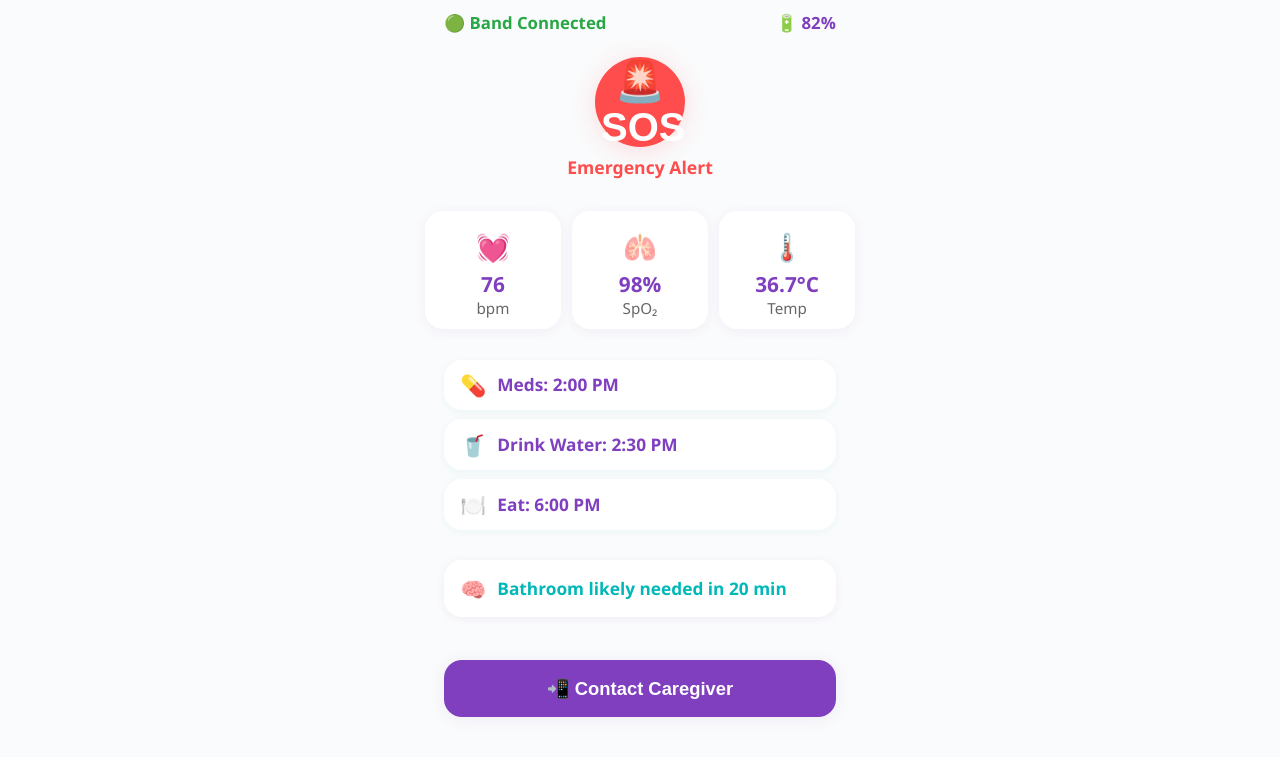
Repository: codingsenpy/careband
Page: /
These files come from the project's save history. The page is drawn as it stood at one moment and after the next save; the edit follows.
The browser window is 1280 px wide. The pictures show the whole page.
The project was rebuilt for these pictures with package versions that can differ from the ones it lists, and the page was loaded fresh each time.

Above is the page before, as saved 2025-07-25 21:36:19.

### public/index.html
<!DOCTYPE html>
<html lang="en">
  <head>
    <meta charset="utf-8" />
    <link rel="icon" type="image/png" href="%PUBLIC_URL%/favicon.png" />
    <meta name="viewport" content="width=device-width, initial-scale=1" />
    <meta name="theme-color" content="#7F3FBF" />
    <meta name="description" content="CareBand - A comprehensive health monitoring application for caregivers and patients" />
    <meta name="apple-mobile-web-app-capable" content="yes" />
    <meta name="apple-mobile-web-app-status-bar-style" content="default" />
    <meta name="apple-mobile-web-app-title" content="CareBand" />
    <meta name="mobile-web-app-capable" content="yes" />
    <link rel="apple-touch-icon" href="%PUBLIC_URL%/logo192.png" />
    <!--
      manifest.json provides metadata used when your web app is installed on a
      user's mobile device or desktop. See https://developers.google.com/web/fundamentals/web-app-manifest/
    -->
    <link rel="manifest" href="%PUBLIC_URL%/manifest.json" />
    <!--
      Notice the use of %PUBLIC_URL% in the tags above.
      It will be replaced with the URL of the `public` folder during the build.
      Only files inside the `public` folder can be referenced from the HTML.

      Unlike "/favicon.ico" or "favicon.ico", "%PUBLIC_URL%/favicon.ico" will
      work correctly both with client-side routing and a non-root public URL.
      Learn how to configure a non-root public URL by running `npm run build`.
    -->
    <title>CareBand</title>
  </head>
  <body>
    <noscript>You need to enable JavaScript to run this app.</noscript>
    <div id="root"></div>
    <!--
      This HTML file is a template.
      If you open it directly in the browser, you will see an empty page.

      You can add webfonts, meta tags, or analytics to this file.
      The build step will place the bundled scripts into the <body> tag.

      To begin the development, run `npm start` or `yarn start`.
      To create a production bundle, use `npm run build` or `yarn build`.
    -->
  </body>
</html>

### src/index.css
body {
  margin: 0;
  font-family: 'Segoe UI', 'Roboto', 'Oxygen', 'Ubuntu', 'Cantarell', 'Fira Sans', 'Droid Sans', 'Helvetica Neue', sans-serif;
  background: #fafbfc;
  color: #222;
  -webkit-font-smoothing: antialiased;
  -moz-osx-font-smoothing: grayscale;
}

:root {
  --primary-purple: #7F3FBF;
  --accent-teal: #00B8B8;
  --accent-red: #FF4C4C;
  --accent-yellow: #FFD700;
  --accent-green: #28A745;
  --background: #fafbfc;
  --text-main: #222;
  --text-muted: #666;
  --border-radius: 18px;
  --transition: 0.3s cubic-bezier(.4,0,.2,1);
}

h1, h2, h3, h4, h5, h6 {
  font-weight: 700;
  color: var(--primary-purple);
  margin-bottom: 0.5em;
}

p {
  color: var(--text-main);
  line-height: 1.6;
}

* {
  box-sizing: border-box;
}

### src/App.js
import React, { useEffect, useState } from 'react';
import './App.css';

// Debug component to help troubleshoot PWA issues
function PWADebugInfo() {
  const [debugInfo, setDebugInfo] = useState({});
  const [showDebug, setShowDebug] = useState(false);

  useEffect(() => {
    const info = {
      isSecureContext: window.isSecureContext,
      hasServiceWorker: 'serviceWorker' in navigator,
      isStandalone: window.matchMedia('(display-mode: standalone)').matches,
      navigatorStandalone: window.navigator.standalone,
      protocol: window.location.protocol,
      hostname: window.location.hostname,
      userAgent: navigator.userAgent,
      manifestLink: document.querySelector('link[rel="manifest"]')?.href
    };
    setDebugInfo(info);
  }, []);

  if (!showDebug) {
    return (
      <button
        onClick={() => setShowDebug(true)}
        style={{
          position: 'fixed',
          top: '10px',
          right: '10px',
          background: '#7F3FBF',
          color: 'white',
          border: 'none',
          padding: '5px 10px',
          borderRadius: '5px',
          fontSize: '12px',
          zIndex: 1001
        }}
      >
        Debug PWA
      </button>
    );
  }

  return (
    <div style={{
      position: 'fixed',
      top: '10px',
      right: '10px',
      background: 'white',
      border: '1px solid #ccc',
      padding: '10px',
      borderRadius: '5px',
      fontSize: '12px',
      maxWidth: '300px',
      zIndex: 1001,
      boxShadow: '0 2px 10px rgba(0,0,0,0.1)'
    }}>
      <button
        onClick={() => setShowDebug(false)}
        style={{ float: 'right', background: 'none', border: 'none', cursor: 'pointer' }}
      >
        ✕
      </button>
      <h4>PWA Debug Info</h4>
      <div>
        <strong>Secure Context:</strong> {debugInfo.isSecureContext ? '✅' : '❌'}<br/>
        <strong>Service Worker:</strong> {debugInfo.hasServiceWorker ? '✅' : '❌'}<br/>
        <strong>Standalone:</strong> {debugInfo.isStandalone ? '✅' : '❌'}<br/>
        <strong>Protocol:</strong> {debugInfo.protocol}<br/>
        <strong>Hostname:</strong> {debugInfo.hostname}<br/>
        <strong>Manifest:</strong> {debugInfo.manifestLink ? '✅' : '❌'}<br/>
        <strong>User Agent:</strong> {debugInfo.userAgent?.substring(0, 50)}...
      </div>
    </div>
  );
}

function PWAInstallPrompt() {
  const [deferredPrompt, setDeferredPrompt] = useState(null);
  const [showInstallPrompt, setShowInstallPrompt] = useState(false);
  const [showManualInstructions, setShowManualInstructions] = useState(false);
  const [isStandalone, setIsStandalone] = useState(false);

  useEffect(() => {
    // Check if app is already installed (running in standalone mode)
    const checkStandalone = () => {
      const isStandaloneMode = window.matchMedia('(display-mode: standalone)').matches ||
                              window.navigator.standalone ||
                              document.referrer.includes('android-app://');
      setIsStandalone(isStandaloneMode);
    };

    checkStandalone();

    const handleBeforeInstallPrompt = (e) => {
      console.log('beforeinstallprompt event fired');
      // Prevent the mini-infobar from appearing on mobile
      e.preventDefault();
      // Stash the event so it can be triggered later
      setDeferredPrompt(e);
      // Show the install prompt after a short delay to ensure user engagement
      setTimeout(() => {
        setShowInstallPrompt(true);
      }, 3000);
    };

    const handleAppInstalled = () => {
      console.log('PWA was installed');
      setShowInstallPrompt(false);
      setShowManualInstructions(false);
      setDeferredPrompt(null);
      setIsStandalone(true);
    };

    // Show manual instructions if no beforeinstallprompt after 5 seconds
    const manualTimer = setTimeout(() => {
      if (!deferredPrompt && !isStandalone) {
        console.log('No beforeinstallprompt event, showing manual instructions');
        setShowManualInstructions(true);
      }
    }, 5000);

    window.addEventListener('beforeinstallprompt', handleBeforeInstallPrompt);
    window.addEventListener('appinstalled', handleAppInstalled);

    return () => {
      window.removeEventListener('beforeinstallprompt', handleBeforeInstallPrompt);
      window.removeEventListener('appinstalled', handleAppInstalled);
      clearTimeout(manualTimer);
    };
  }, [deferredPrompt, isStandalone]);

  const handleInstallClick = async () => {
    if (!deferredPrompt) return;

    try {
      // Show the install prompt
      deferredPrompt.prompt();

      // Wait for the user to respond to the prompt
      const { outcome } = await deferredPrompt.userChoice;

      if (outcome === 'accepted') {
        console.log('User accepted the install prompt');
      } else {
        console.log('User dismissed the install prompt');
      }

      // Clear the deferredPrompt
      setDeferredPrompt(null);
      setShowInstallPrompt(false);
    } catch (error) {
      console.error('Error showing install prompt:', error);
    }
  };

  const handleDismiss = () => {
    setShowInstallPrompt(false);
    setShowManualInstructions(false);
  };

  // Don't show anything if app is already installed
  if (isStandalone) return null;

  // Show automatic install prompt if available
  if (showInstallPrompt && deferredPrompt) {
    return (
      <div className="pwa-install-prompt">
        <div className="install-prompt-content">
          <div className="install-prompt-icon">📱</div>
          <div className="install-prompt-text">
            <h3>Install CareBand</h3>
            <p>Add CareBand to your home screen for quick access and offline use.</p>
          </div>
          <div className="install-prompt-actions">
            <button onClick={handleInstallClick} className="install-btn">
              Install
            </button>
            <button onClick={handleDismiss} className="dismiss-btn">
              Not now
            </button>
          </div>
        </div>
      </div>
    );
  }

  // Show manual instructions for browsers that don't support beforeinstallprompt
  if (showManualInstructions) {
    const isIOS = /iPad|iPhone|iPod/.test(navigator.userAgent);
    const isAndroid = /Android/.test(navigator.userAgent);

    return (
      <div className="pwa-install-prompt">
        <div className="install-prompt-content">
          <div className="install-prompt-icon">📱</div>
          <div className="install-prompt-text">
            <h3>Install CareBand</h3>
            {isIOS && (
              <p>Tap the share button <span style={{fontSize: '1.2em'}}>⬆️</span> and select "Add to Home Screen"</p>
            )}
            {isAndroid && (
              <p>Tap the menu button <span style={{fontSize: '1.2em'}}>⋮</span> and select "Add to Home screen" or "Install app"</p>
            )}
            {!isIOS && !isAndroid && (
              <p>Look for the install button in your browser's address bar or menu to add this app to your device.</p>
            )}
          </div>
          <div className="install-prompt-actions">
            <button onClick={handleDismiss} className="dismiss-btn">
              Got it
            </button>
          </div>
        </div>
      </div>
    );
  }

  return null;
}

function StartupAnimation() {
  return (
    <div className="startup-animation">
      <div className="pulse-logo">
        <img src="/favicon.png" alt="CareBand Logo" className="pulse-favicon" />
        <span className="pulse-text">CareBand</span>
      </div>
    </div>
  );
}

export default function App() {
  const [showAnim, setShowAnim] = useState(true);
  useEffect(() => {
    const timer = setTimeout(() => setShowAnim(false), 2000);
    return () => clearTimeout(timer);
  }, []);
  if (showAnim) return <StartupAnimation />;
  return (
    <div className="dashboard">
      <PWAInstallPrompt />
      {/* Top status bar */}
      <div className="status-bar">
        <span className="band-status connected">🟢 Band Connected</span>
        <span className="battery-status">🔋 82%</span>
      </div>
      {/* Emergency SOS */}
      <div className="sos-section">
        <button className="sos-btn">🚨 SOS</button>
        <div className="sos-label">Emergency Alert</div>
      </div>
      {/* Vitals */}
      <div className="vitals-row">
        <div className="vital-card">
          <span className="vital-icon" role="img" aria-label="Heart">💓</span>
          <div className="vital-value">76</div>
          <div className="vital-label">bpm</div>
        </div>
        <div className="vital-card">
          <span className="vital-icon" role="img" aria-label="Oxygen">🫁</span>
          <div className="vital-value">98%</div>
          <div className="vital-label">SpO₂</div>
        </div>
        <div className="vital-card">
          <span className="vital-icon" role="img" aria-label="Temp">🌡️</span>
          <div className="vital-value">36.7°C</div>
          <div className="vital-label">Temp</div>
        </div>
      </div>
      {/* Reminders */}
      <div className="reminders">
        <div className="reminder-card">
          <span className="reminder-icon">💊</span>
          <span className="reminder-text">Meds: 2:00 PM</span>
        </div>
        <div className="reminder-card">
          <span className="reminder-icon">🥤</span>
          <span className="reminder-text">Drink Water: 2:30 PM</span>
        </div>
        <div className="reminder-card">
          <span className="reminder-icon">🍽️</span>
          <span className="reminder-text">Eat: 6:00 PM</span>
        </div>
      </div>
      {/* AI Bathroom Prediction */}
      <div className="ai-bathroom">
        <span className="ai-icon">🧠</span>
        <span className="ai-text">Bathroom likely needed in 20 min</span>
      </div>
      {/* Caregiver Panic Button */}
      <button className="panic-btn">📲 Contact Caregiver</button>
    </div>
  );
}

Loaded but not shown: src/index.js (common file); src/reportWebVitals.js (common file); src/serviceWorkerRegistration.js (137 lines, source omitted); src/App.css (309 lines, source omitted)

After the next save:
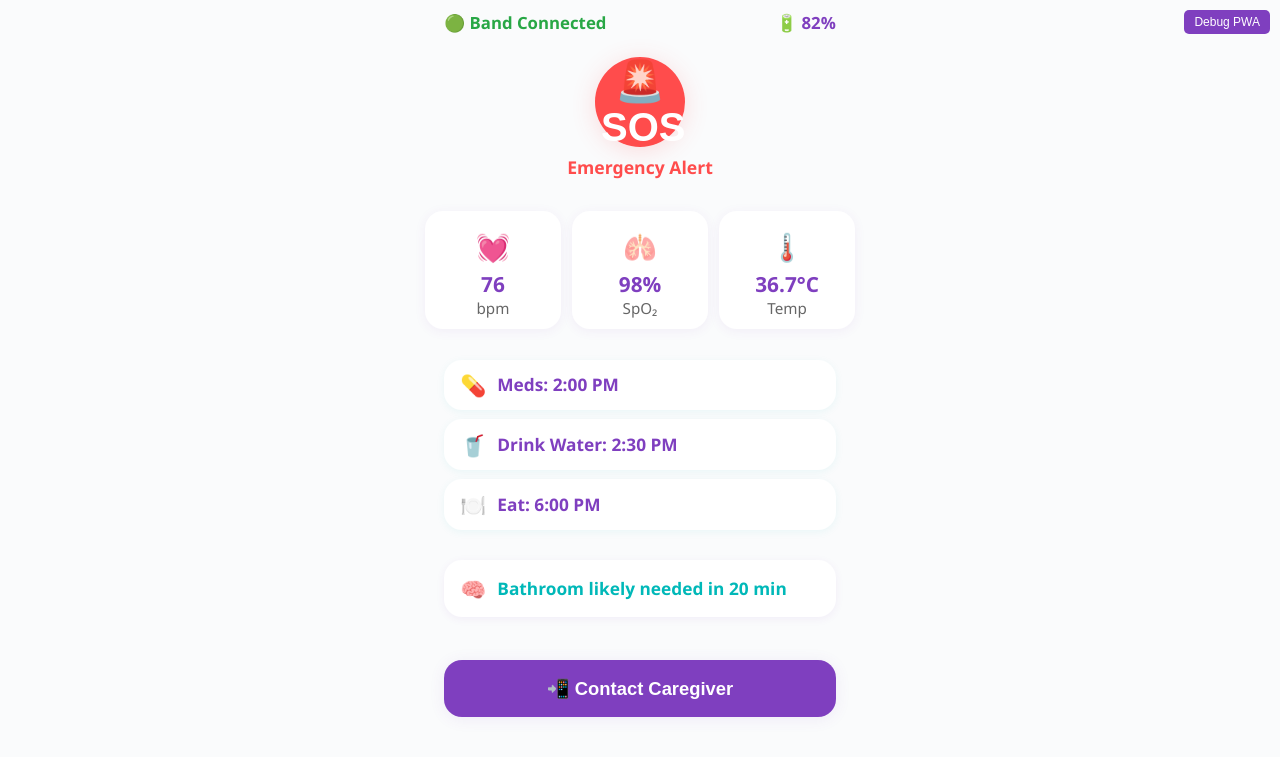
Saved 4 s later.
--- a/src/App.js
+++ b/src/App.js
@@ -240,6 +240,7 @@
   if (showAnim) return <StartupAnimation />;
   return (
     <div className="dashboard">
+      <PWADebugInfo />
       <PWAInstallPrompt />
       {/* Top status bar */}
       <div className="status-bar">

After the 2 saves that followed:
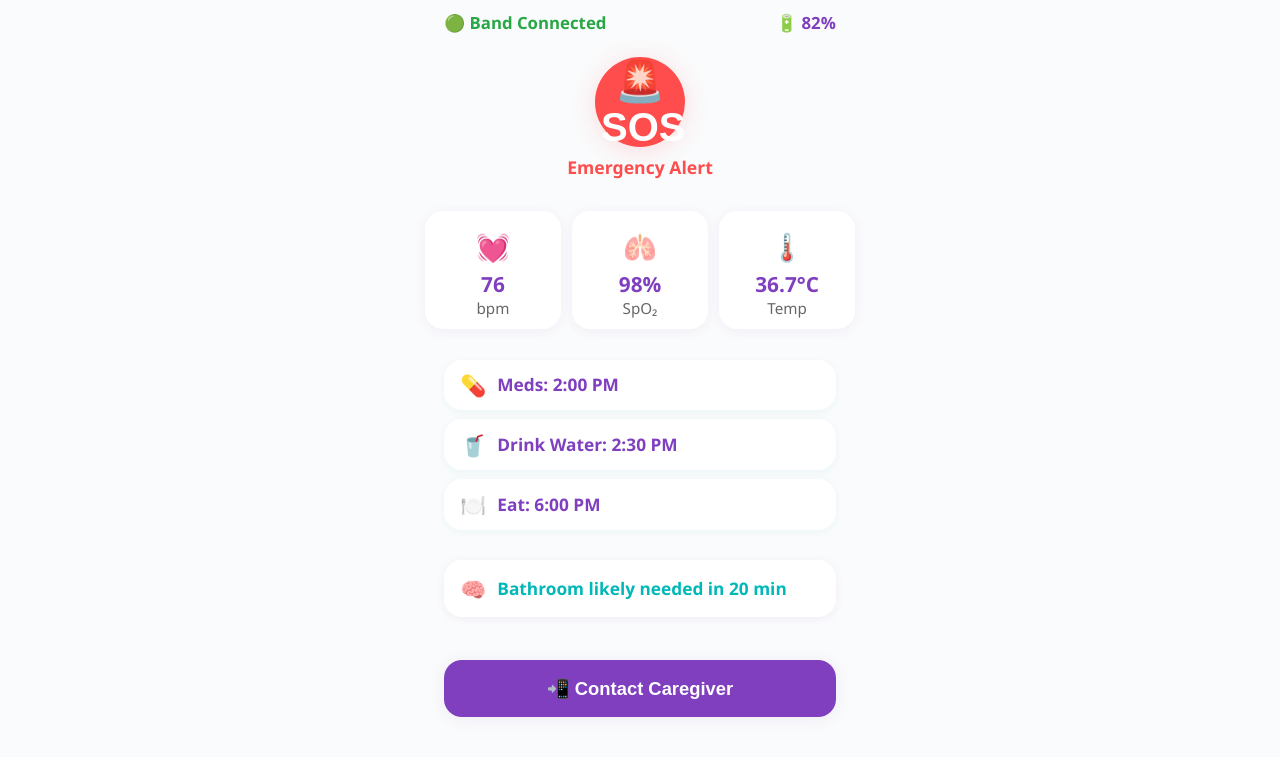
The 2 saves are shown as one change because 1 did not build or start.
The last was saved 5 min 5 s later.
--- a/src/App.js
+++ b/src/App.js
@@ -1,80 +1,7 @@
 import React, { useEffect, useState } from 'react';
 import './App.css';
 
-// Debug component to help troubleshoot PWA issues
-function PWADebugInfo() {
-  const [debugInfo, setDebugInfo] = useState({});
-  const [showDebug, setShowDebug] = useState(false);
-
-  useEffect(() => {
-    const info = {
-      isSecureContext: window.isSecureContext,
-      hasServiceWorker: 'serviceWorker' in navigator,
-      isStandalone: window.matchMedia('(display-mode: standalone)').matches,
-      navigatorStandalone: window.navigator.standalone,
-      protocol: window.location.protocol,
-      hostname: window.location.hostname,
-      userAgent: navigator.userAgent,
-      manifestLink: document.querySelector('link[rel="manifest"]')?.href
-    };
-    setDebugInfo(info);
-  }, []);
-
-  if (!showDebug) {
-    return (
-      <button
-        onClick={() => setShowDebug(true)}
-        style={{
-          position: 'fixed',
-          top: '10px',
-          right: '10px',
-          background: '#7F3FBF',
-          color: 'white',
-          border: 'none',
-          padding: '5px 10px',
-          borderRadius: '5px',
-          fontSize: '12px',
-          zIndex: 1001
-        }}
-      >
-        Debug PWA
-      </button>
-    );
-  }
-
-  return (
-    <div style={{
-      position: 'fixed',
-      top: '10px',
-      right: '10px',
-      background: 'white',
-      border: '1px solid #ccc',
-      padding: '10px',
-      borderRadius: '5px',
-      fontSize: '12px',
-      maxWidth: '300px',
-      zIndex: 1001,
-      boxShadow: '0 2px 10px rgba(0,0,0,0.1)'
-    }}>
-      <button
-        onClick={() => setShowDebug(false)}
-        style={{ float: 'right', background: 'none', border: 'none', cursor: 'pointer' }}
-      >
-        ✕
-      </button>
-      <h4>PWA Debug Info</h4>
-      <div>
-        <strong>Secure Context:</strong> {debugInfo.isSecureContext ? '✅' : '❌'}<br/>
-        <strong>Service Worker:</strong> {debugInfo.hasServiceWorker ? '✅' : '❌'}<br/>
-        <strong>Standalone:</strong> {debugInfo.isStandalone ? '✅' : '❌'}<br/>
-        <strong>Protocol:</strong> {debugInfo.protocol}<br/>
-        <strong>Hostname:</strong> {debugInfo.hostname}<br/>
-        <strong>Manifest:</strong> {debugInfo.manifestLink ? '✅' : '❌'}<br/>
-        <strong>User Agent:</strong> {debugInfo.userAgent?.substring(0, 50)}...
-      </div>
-    </div>
-  );
-}
+
 
 function PWAInstallPrompt() {
   const [deferredPrompt, setDeferredPrompt] = useState(null);
@@ -240,7 +167,6 @@
   if (showAnim) return <StartupAnimation />;
   return (
     <div className="dashboard">
-      <PWADebugInfo />
       <PWAInstallPrompt />
       {/* Top status bar */}
       <div className="status-bar">
